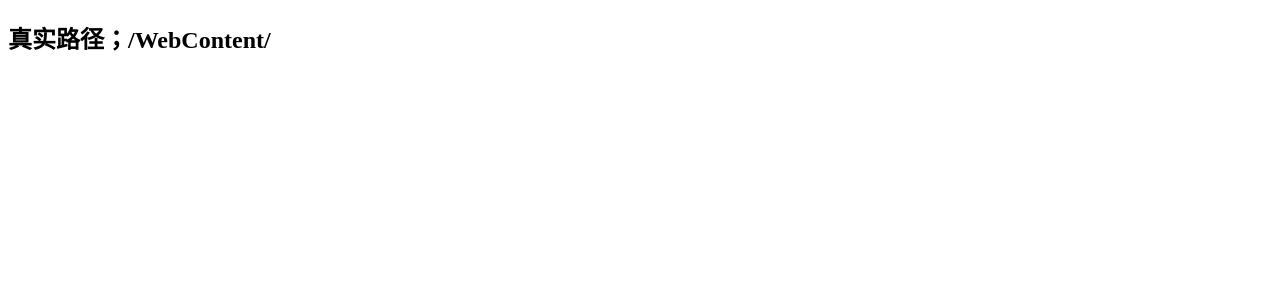
Repository: Miyanaqy/Tomcat_JSP
Page: http://localhost/TomcatTest/get_path.jsp
The author's editor kept a copy of each file at every save. The page is drawn from the files as they stood at one save, then again after the next save.
The browser window is 1280 px wide. The pictures show the whole page.
The page is served by Tomcat 9.

Above is the page before, as saved 2017-07-13 03:15:08.

After the next save:
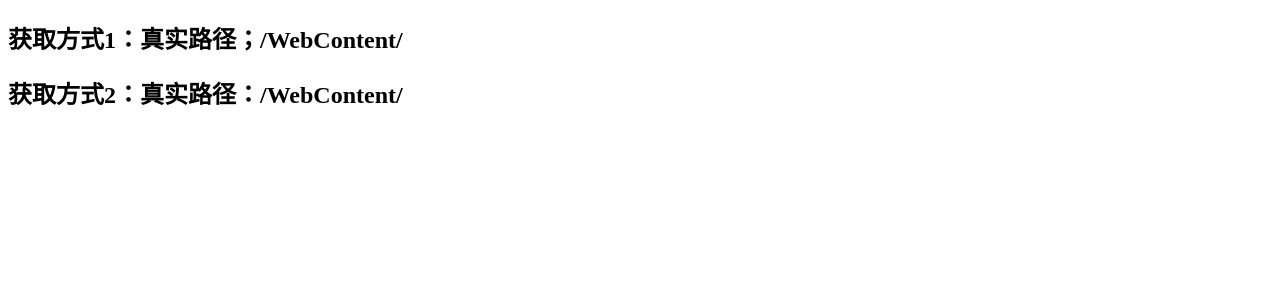
Saved 3 min 22 s later.
--- a/TomcatTest/WebContent/get_path.jsp
+++ b/TomcatTest/WebContent/get_path.jsp
@@ -9,7 +9,9 @@
 <body>
 <%
 String path = application.getRealPath("/");
+String path2 = this.getServletContext().getRealPath("/");
 %>
-<h2>真实路径；<%= path %></h2>
+<h2>获取方式1：真实路径；<%= path %></h2>
+<h2>获取方式2：真实路径：<%= path2 %></h2>
 </body>
 </html>
